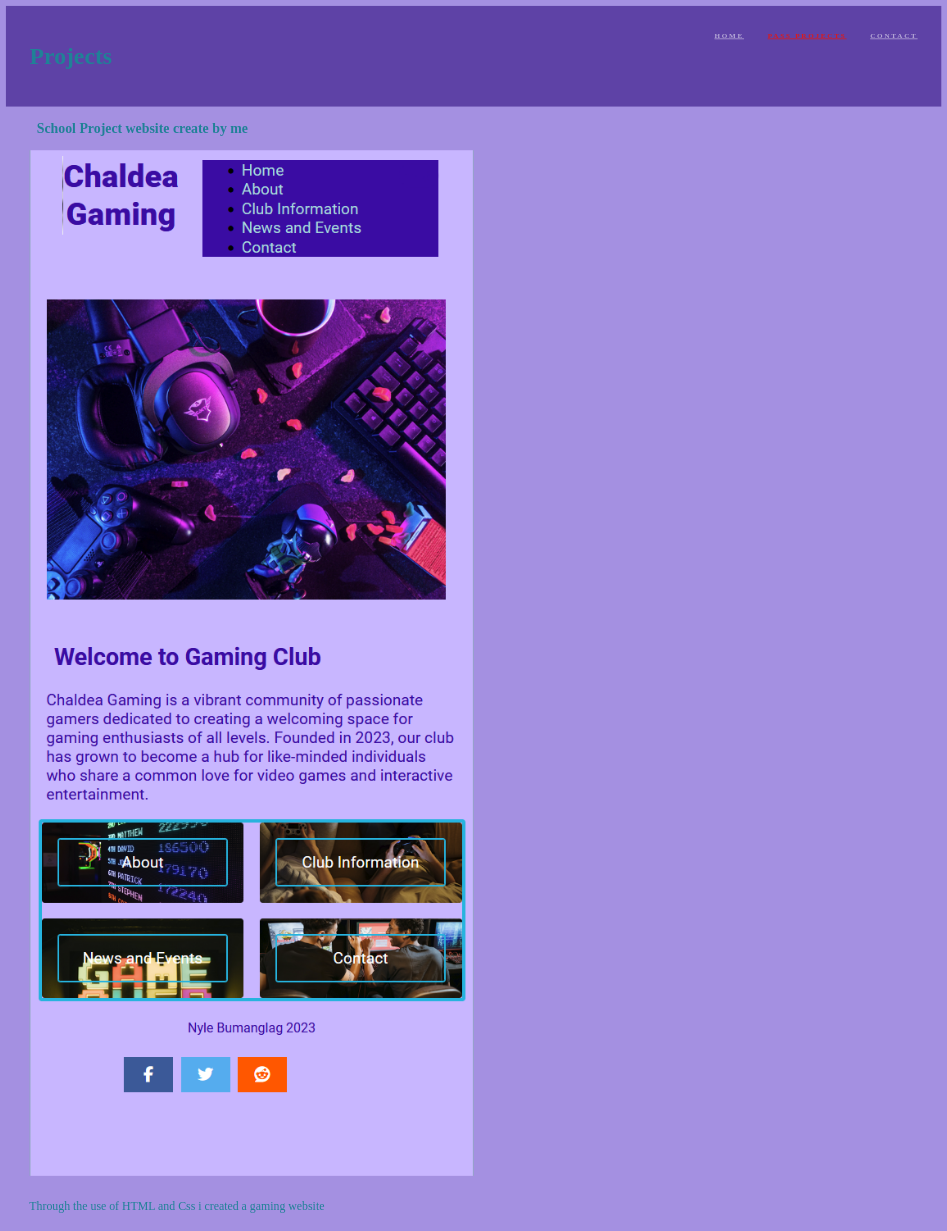
Repository: NyleNC/main
Page: projects.html
The author's editor kept a copy of each file at every save. The page is drawn from the files as they stood at one save, then again after a run of saves.
The browser window is 1280 px wide. The pictures show the whole page, at 74% of full size.

Above is the page before, as saved 2024-11-07 00:40:58.

### projects.html
<!DOCTYPE html>
<html lang="en">
<head>
    <meta charset="UTF-8">
    <meta name="viewport" content="width=device-width, initial-scale=1.0">
    <title>Nyle Bumanglag</title>
    <link rel="stylesheet" href="style.css">
</head>
<header id="header"><h1>Projects</h1>
    <nav>
        <ul>
            <li><a href="index.html">Home</a></li>
            <li><a href="projects.html" class="active">Pass Projects</a></li>
            <li><a href="Contact.html">Contact</a></li>
        </ul>
    </nav>
</header>
<body>
    <section >
        <div class="container">
            <div >
            <h3>School Project website create by me </h3>
            <img src="Images/website.png" alt="website"class="image-fit" >
            <p>Through the use of HTML and Css i created a gaming website </p>
        </div>

        </div>



    </section>
</body>
</html>

### style.css
body{
    background: #a490e1;
    color: rgb(32, 129, 151);
}
#header {
display: -moz-flex;
display: -webkit-flex;
display: -ms-flex;
display: flex;
background-color: #5e42a6;
cursor: default;
padding: 1.75em 2em;
}

#header > .title {
border: 0;
color: #ffffff;
 display: block;
font-size: 1.25em;
font-weight: bold;
}

#header > nav {
-moz-flex: 1;
-webkit-flex: 1;
-ms-flex: 1;
flex: 1;
text-align: right;
}
 #header > nav > ul {
 margin: 0;
padding: 0;
}

 #header > nav > ul > li {
 display: inline-block;
margin-left: 1.75em;
 padding: 0;
vertical-align: middle;
}

#header > nav > ul > li:first-child {
margin-left: 0;
}

#header > nav > ul > li a {
  border: 0;
color: rgba(255, 255, 255, 0.542);
display: inline-block;
 font-size: 0.6em;
font-weight: bold;
letter-spacing: 0.25em;
text-transform: uppercase;
}
 #header > nav > ul > li a:hover {
color: rgb(144, 225, 164)
}
#header > nav > ul > li a.active {
color: #dd1a1a;
}

.image-fit {
 display: block;
 margin: 0 0 2em 0;
 width: 100%;
}
 .container{
    margin: 0 auto;

    display: grid;
    grid-template-columns:  1fr 1fr;
	width: 95%;
    height: auto;

}
.container h3{
    padding-left: 10px;
}

After the next 2 saves:
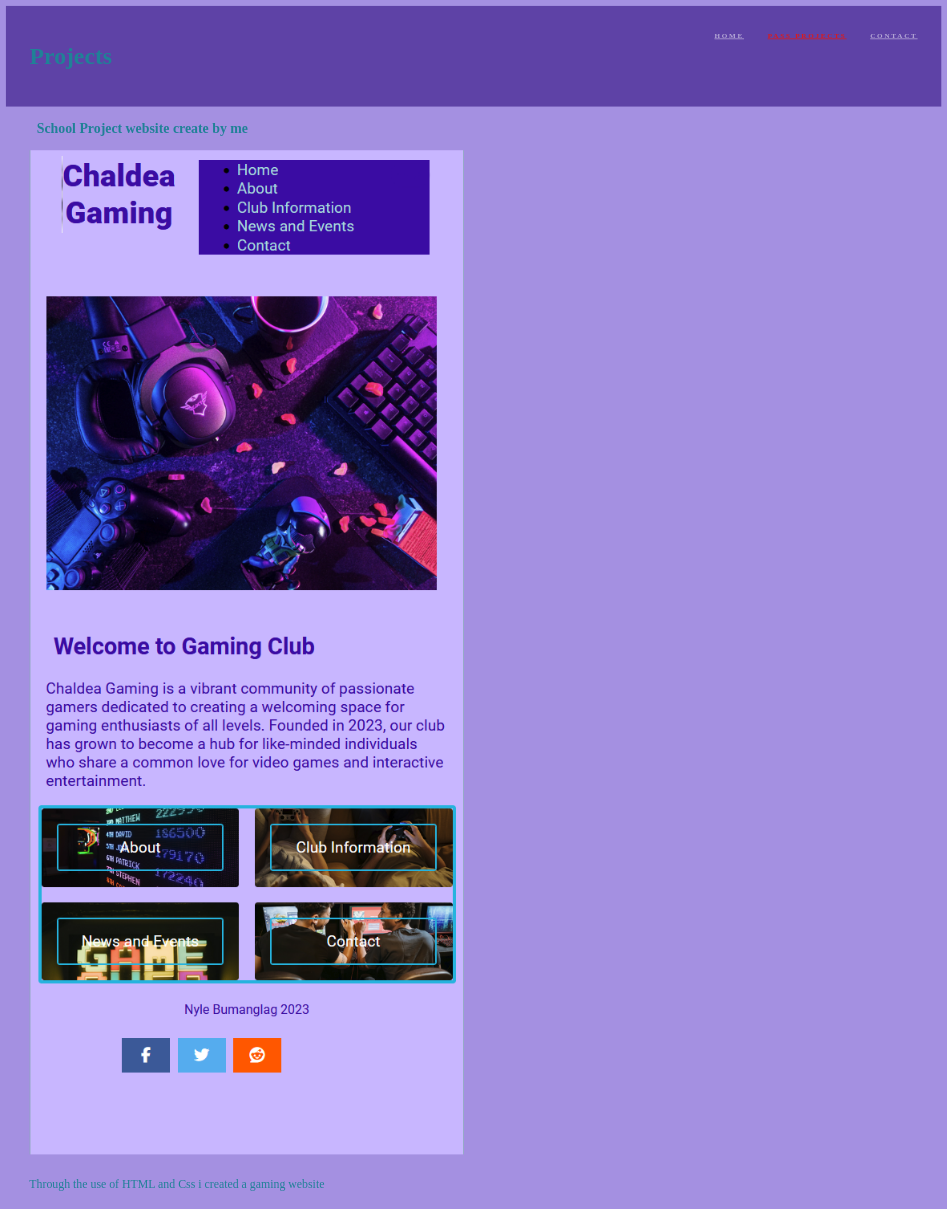
The 2 saves are shown as one change because they came seconds apart.
The last was saved 10 s later.
--- a/style.css
+++ b/style.css
@@ -66,7 +66,7 @@ color: #dd1a1a;
 }
  .container{
     margin: 0 auto;
-
+    gap: 25px;
     display: grid;
     grid-template-columns:  1fr 1fr;
 	width: 95%;
